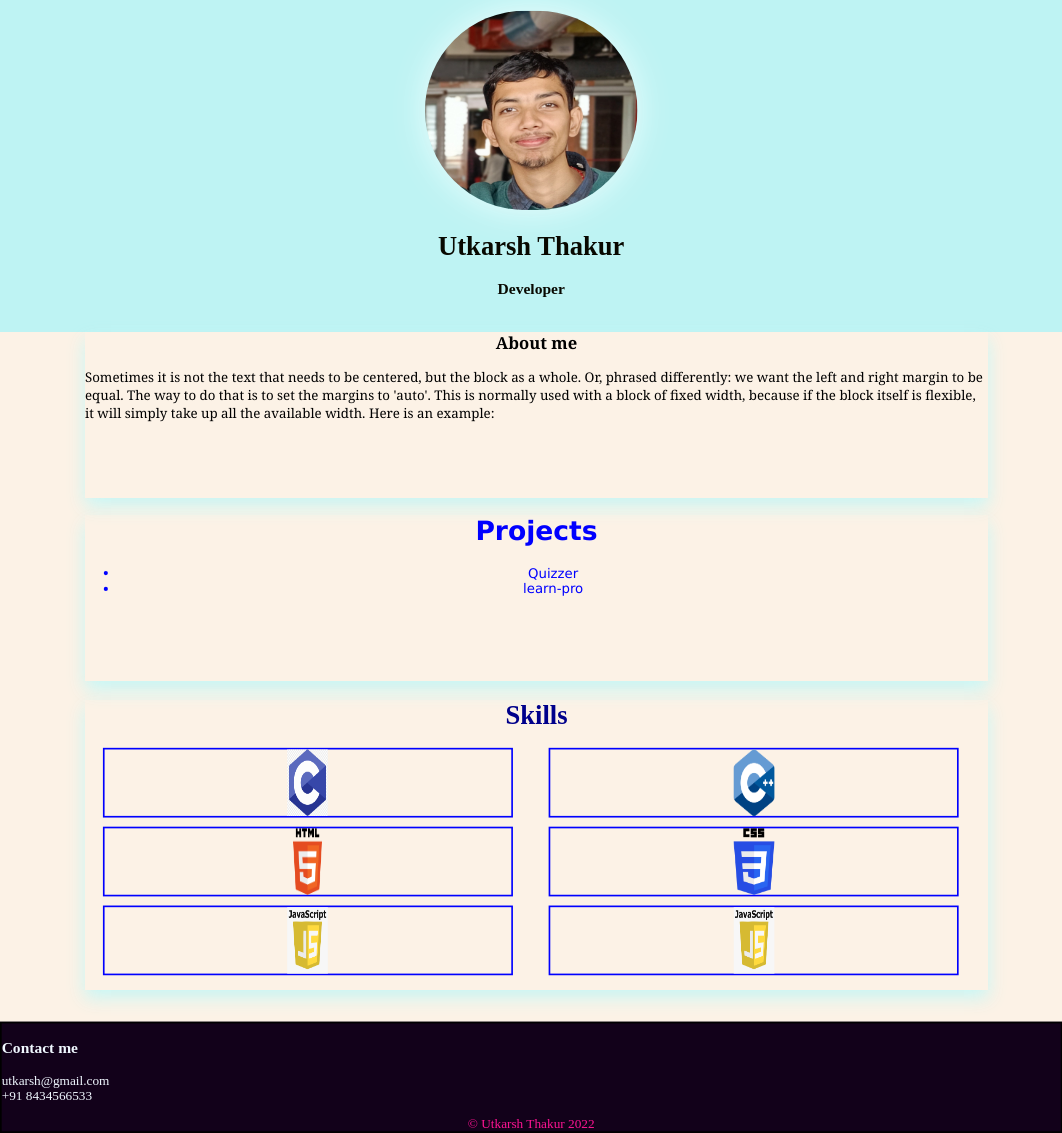
Repository: UtkarshThakur321/Utkarsh-Thakur-Profile
Page: index.html
These files come from the project's save history. The page is drawn as it stood at one moment and after the next save; the edit follows.
The browser window is 1280 px wide. The pictures show the whole page, at 83% of full size.

Above is the page before, as saved 2022-01-23 00:11:12.
Not found: main.js

After the next save:
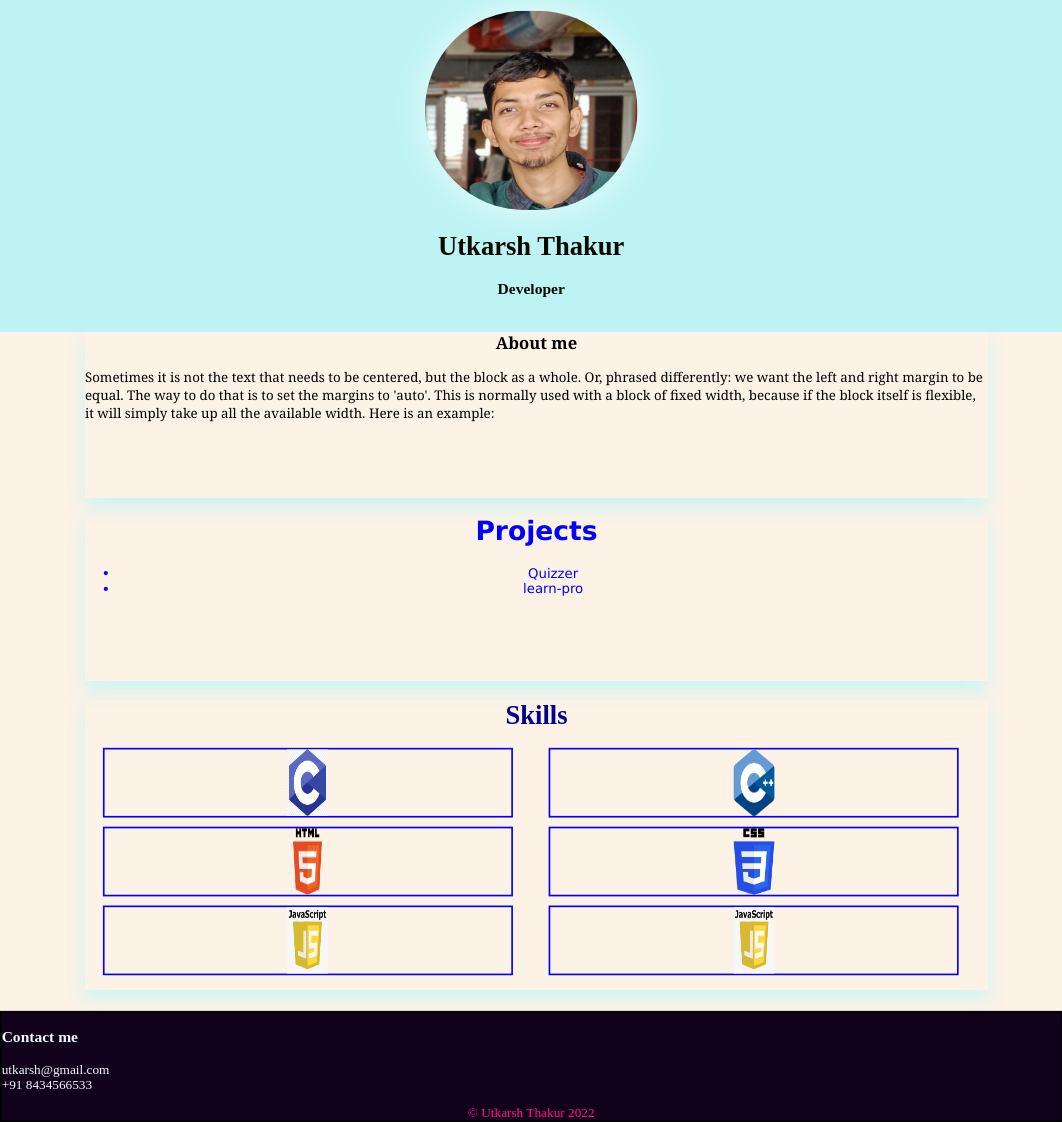
Saved 7 s later.
--- a/index.css
+++ b/index.css
@@ -67,7 +67,7 @@ body{
         /* border:2px solid green; */
         margin-left:8%;
         box-shadow: 0px 10px 20px rgba(195, 247, 247, 0.911);
-        margin-bottom: 3%;
+        margin-bottom: 2%;
 
 }
 
